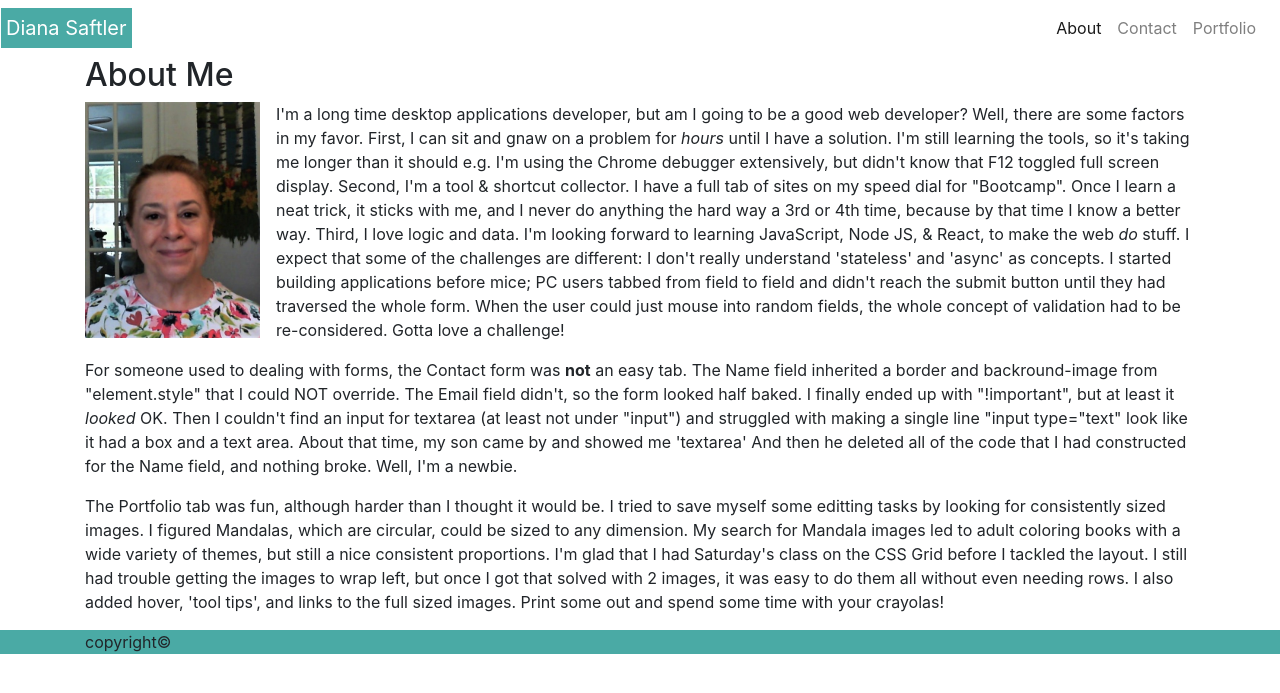
Repository: dsaftler/Bootstrap-Portfolio
Page: index.html
These files come from the project's save history. The page is drawn as it stood at one moment and after the next save; the edit follows.
The browser window is 1280 px wide. The pictures show the whole page.

Above is the page before, as saved 2019-03-21 00:45:18.

After the next save:
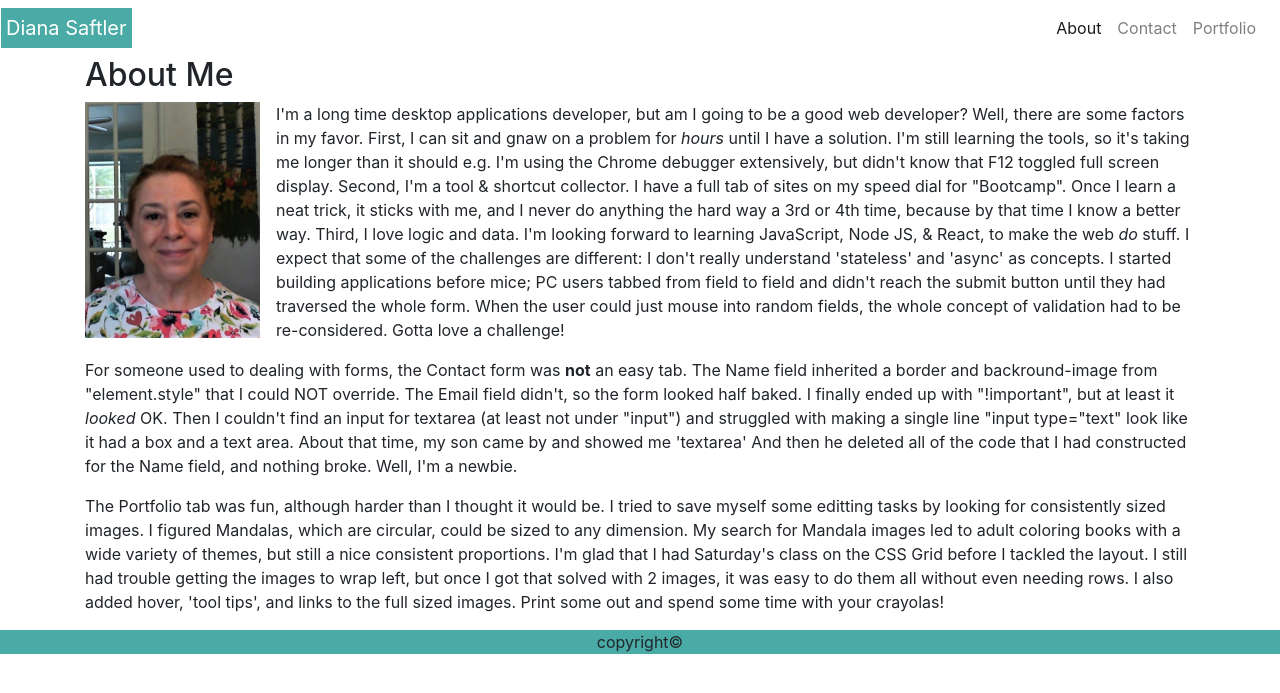
Saved 94 s later.
--- a/index.html
+++ b/index.html
@@ -48,7 +48,7 @@
         </div>
       </div>
     </div>
-    <footer class="footer ml-auto"; style="background-color:#4aaaa5">
+    <footer class="footer text-center"; style="background-color:#4aaaa5">
       <div class="container" >
         <span >copyright&copy</span>
       </div>
